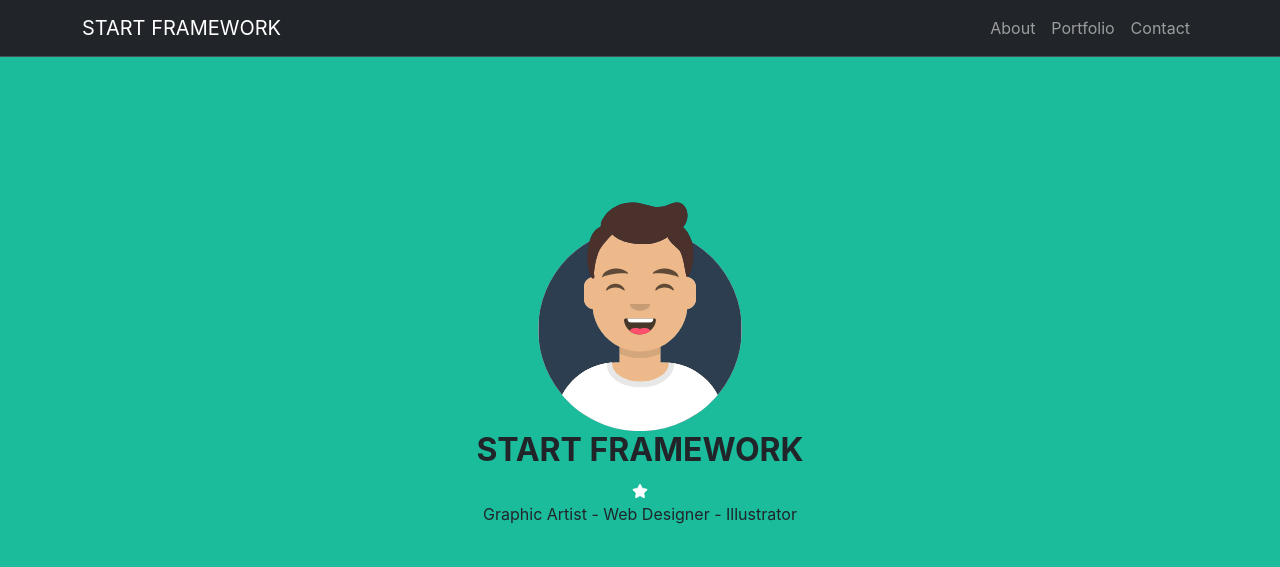
Repository: YomnaWegdan/startFramework
Page: /
An editor plug-in stored every save of this project. The page is shown before and after a run of saves, followed by the edit.
The browser window is 1280 px wide. The pictures show the whole page.
The project was rebuilt for these pictures with package versions that can differ from the ones it lists, and the page was loaded fresh each time. Also part of the build but not shown: src/Components/About.jsx, src/Components/Contact.jsx, src/Components/Error.jsx.

Above is the page before, as saved 2024-02-04 22:04:50.

After the next 3 saves:
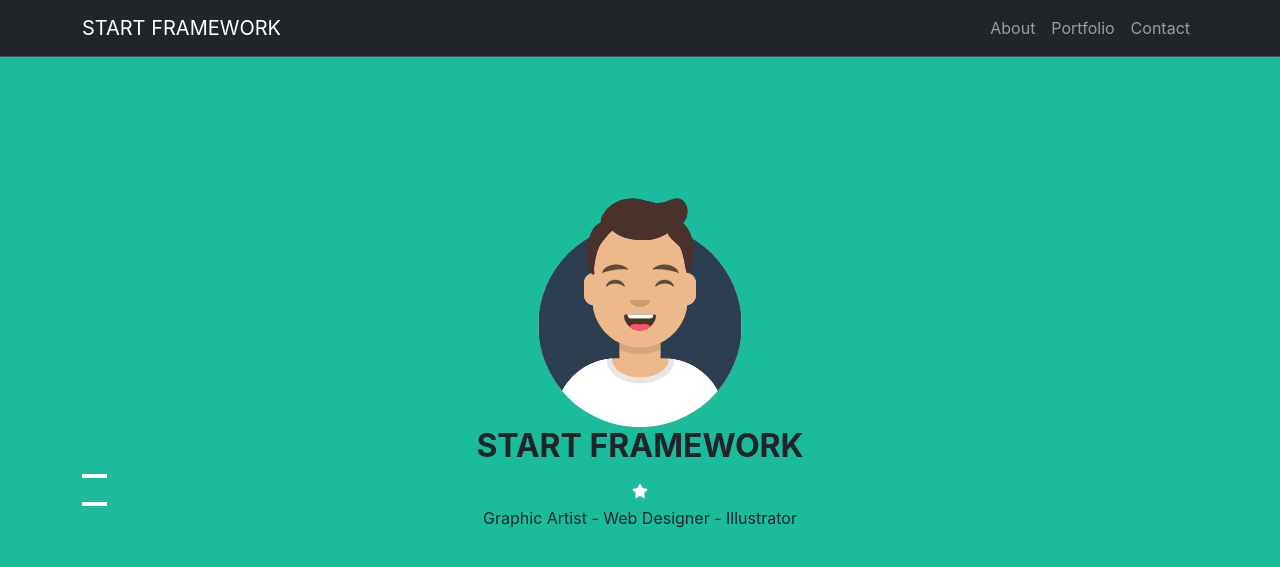
The 3 saves are shown as one change because they came seconds apart.
The last was saved 14 s later.
--- a/src/index.css
+++ b/src/index.css
@@ -17,9 +17,7 @@ code {
 .home{
   background-color: #1ABC9C;
 }
-.starIcon ::after , .starIcon ::before{
-  content: '';
-  position: absolute;
+.line{
   background-color: white;
   width: 25px;
   height: 4px;
